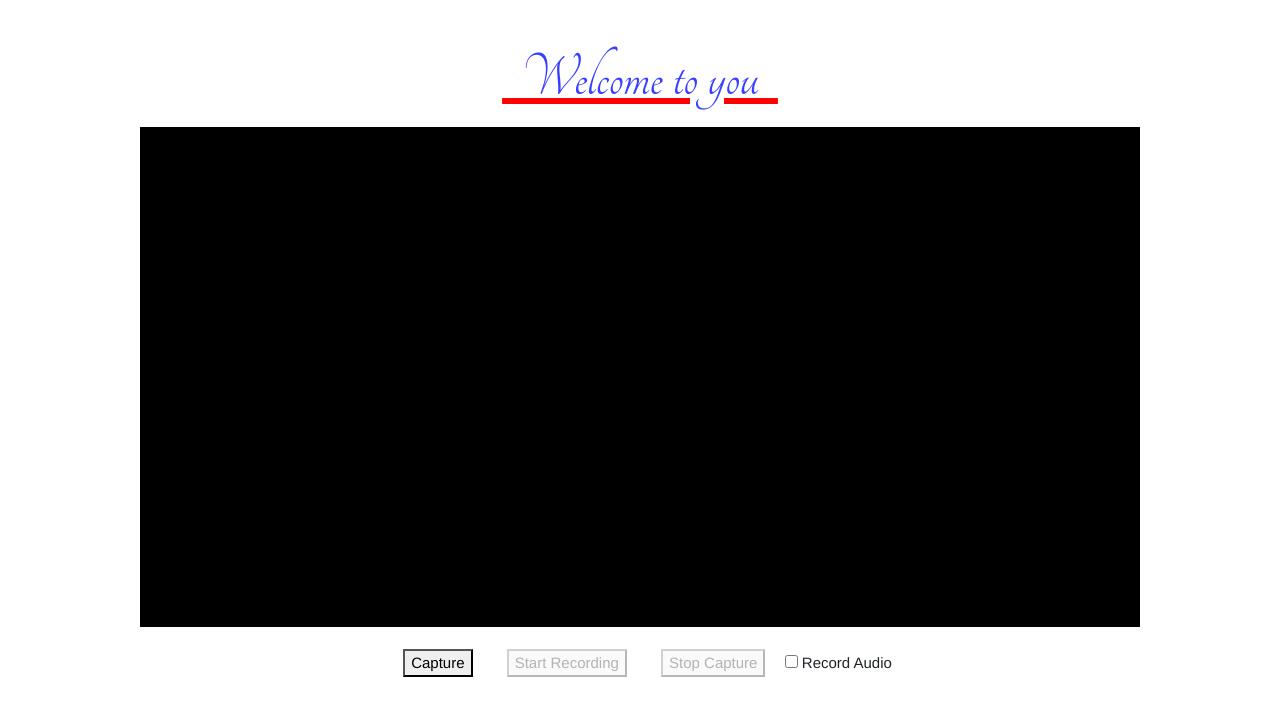
Repository: santiljanomalaj/recording_youtube
Page: index.html
These files come from the project's save history. The page is drawn as it stood at one moment and after the next save; the edit follows.
The browser window is 1280 px wide. The pictures show the whole page.

Above is the page before, as saved 2020-04-29 18:51:49.

### index.html
<!DOCTYPE html>
<html lang="en">
  <head>
    <title>video/audio capture</title>
    <meta charset="utf-8" />
    <meta http-equiv="X-UA-Compatible" content="IE=edge" />
    <meta name="viewport" content="width=device-width, initial-scale=1" />

    <link rel="stylesheet" href="./css/bootstrap.min.css" />
    <link rel="stylesheet" href="./css/w3.css" />
    <link
      rel="stylesheet"
      href="https://fonts.googleapis.com/css?family=Tangerine"
    />
    <link rel="stylesheet" href="./css/style.css" />

    <!-- <script>
      if (location.protocol !== "https:") location.protocol = "https:";
    </script> -->
    <!-- import the webpage's stylesheet -->
  </head>
  <body>
    <center>
      <div class="w3-container w3-tangerine">
        <u class="w3-xxlarge" style="color: red;"
          ><h1 class="w3-jumbo">&nbsp Welcome to you &nbsp</h1></u
        >
      </div>
      <p id="warning">
        Enable chrome://flags/#enable-experimental-web-platform-features
      </p>
      <video
        style="background-color: black; width: 1000px; height: 500px;"
        id="videoElement"
        autoplay
      ></video>
      <br />
      <button id="captureBtn">Capture</button>
      <button id="startBtn" disabled>Start Recording</button>
      <button id="stopBtn" disabled>Stop Capture</button>
      <input type="checkbox" id="audioToggle" />
      <label for="audioToggle">Record Audio</label>
      <a class="btn btn-primary" id="download" href="#" style="display: none;"
        >Download</a
      >
      <a
        type="button"
        class="btn btn-primary"
        id="trim"
        href="https://video-cut.glitch.me/"
        style="display: none;"
        target="trim"
        >Trim Video</a
      >
      <a
        type="button"
        class="btn btn-primary"
        id="convert"
        href="https://convert-to-mp4.glitch.me/"
        style="display: none;"
        target="convert"
        >Convert to MP4</a
      >
    </center>

    <script src="./js/comlink.js"></script>
    <script src="./js/jquery.min.js"></script>
    <script src="./js/popper.min.js"></script>
    <script src="https://maxcdn.bootstrapcdn.com/bootstrap/4.4.1/js/bootstrap.min.js"></script>

    <script>
      if ("getDisplayMedia" in navigator.mediaDevices)
        warning.style.display = "none";

      let blobs;
      let blob;
      let rec;
      let stream;

      captureBtn.onclick = async () => {
        trim.style.display = "none";
        convert.style.display = "none";
        download.style.display = "none";
        let audio = audioToggle.checked || false;

        stream = await navigator.mediaDevices.getDisplayMedia({
          video: true,
          audio: audio,
        });
        stream
          .getVideoTracks()
          .forEach((track) => (track.contentHint = "text"));
        videoElement.srcObject = stream;
        let opts = { mimeType: "video/webm; codecs=h264" };
        blobs = [];
        rec = new MediaRecorder(stream, opts);
        rec.ondataavailable = (e) => blobs.push(e.data);
        rec.onstop = () => {
          blob = new Blob(blobs, { type: "video/mp4" });
          let url = window.URL.createObjectURL(blob);
          download.href = url;
          download.download = "test.mp4";
          download.style.display = "block";
          trim.style.display = "block";
          convert.style.display = "block";
        };
        startBtn.disabled = false;
        captureBtn.disabled = true;
        audioToggle.disabled = true;
      };

      startBtn.onclick = () => {
        startBtn.disabled = true;
        stopBtn.disabled = false;
        rec.start();
      };

      stopBtn.onclick = () => {
        captureBtn.disabled = false;
        startBtn.disabled = true;
        stopBtn.disabled = true;
        audioToggle.disabled = false;
        rec.stop();
        stream.getTracks().forEach((s) => s.stop());
        videoElement.srcObject = null;
        stream = null;
      };

      trim.onclick = async (event) => {
        event.preventDefault();
        let cutWindow = window.open(event.target.href);
        let start = Comlink.proxy(cutWindow);
        setTimeout(async () => {
          let result = await start(
            new File([blob], "test.webm", { type: "video/webm" }),
            "00:00:00"
          );
        }, 1000);
      };

      convert.onclick = async (event) => {
        event.preventDefault();
        let convertWindow = window.open(event.target.href);
        let start = Comlink.proxy(convertWindow);
        setTimeout(async () => {
          let result = await start(
            new File([blob], "test.webm", { type: "video/webm" })
          );
        }, 1000);
      };
    </script>
  </body>
</html>

### css/style.css
/* CSS files add styling rules to your content */

body {
  font-family: "Benton Sans", "Helvetica Neue", helvetica, arial, sans-serif;
  margin: 2em;
}

h1 {
  font-family: "Tangerine", serif;
  color: #373fff;
}

u {
  font-family: "Tangerine", serif;
}

video {
  width: 1000px;
  height: 1000px;
}

button {
  margin: 1em;
  padding: 1;
}

.w3-tangerine {
  font-family: "Tangerine", serif;
}

### js/comlink.js
/**
 * Copyright 2017 Google Inc. All Rights Reserved.
 * Licensed under the Apache License, Version 2.0 (the "License");
 * you may not use this file except in compliance with the License.
 * You may obtain a copy of the License at
 *     http://www.apache.org/licenses/LICENSE-2.0
 * Unless required by applicable law or agreed to in writing, software
 * distributed under the License is distributed on an "AS IS" BASIS,
 * WITHOUT WARRANTIES OR CONDITIONS OF ANY KIND, either express or implied.
 * See the License for the specific language governing permissions and
 * limitations under the License.
 */
(function (factory) {
  if (typeof module === "object" && typeof module.exports === "object") {
    var v = factory(require, exports);
    if (v !== undefined) module.exports = v;
  } else if (typeof define === "function" && define.amd) {
    define(["require", "exports"], factory);
  } else {
    factory([], (self.Comlink = {}));
  }
})(function (require, exports) {
  "use strict";
  Object.defineProperty(exports, "__esModule", { value: true });
  const TRANSFERABLE_TYPES = [ArrayBuffer, MessagePort];
  const uid = Math.floor(Math.random() * Number.MAX_SAFE_INTEGER);
  const proxyValueSymbol = Symbol("proxyValue");
  const throwSymbol = Symbol("throw");
  const proxyTransferHandler = {
    canHandle: (obj) => obj && obj[proxyValueSymbol],
    serialize: (obj) => {
      const { port1, port2 } = new MessageChannel();
      expose(obj, port1);
      return port2;
    },
    deserialize: (obj) => {
      return proxy(obj);
    },
  };
  const throwTransferHandler = {
    canHandle: (obj) => obj && obj[throwSymbol],
    serialize: (obj) => obj.toString() + "\n" + obj.stack,
    deserialize: (obj) => {
      throw Error(obj);
    },
  };
  exports.transferHandlers = new Map([
    ["PROXY", proxyTransferHandler],
    ["THROW", throwTransferHandler],
  ]);
  let pingPongMessageCounter = 0;
  function proxy(endpoint, target) {
    if (isWindow(endpoint)) endpoint = windowEndpoint(endpoint);
    if (!isEndpoint(endpoint))
      throw Error(
        "endpoint does not have all of addEventListener, removeEventListener and postMessage defined"
      );
    activateEndpoint(endpoint);
    return cbProxy(
      async (irequest) => {
        let args = [];
        if (irequest.type === "APPLY" || irequest.type === "CONSTRUCT")
          args = irequest.argumentsList.map(wrapValue);
        const response = await pingPongMessage(
          endpoint,
          Object.assign({}, irequest, { argumentsList: args }),
          transferableProperties(args)
        );
        const result = response.data;
        return unwrapValue(result.value);
      },
      [],
      target
    );
  }
  exports.proxy = proxy;
  function proxyValue(obj) {
    obj[proxyValueSymbol] = true;
    return obj;
  }
  exports.proxyValue = proxyValue;
  function expose(rootObj, endpoint) {
    if (isWindow(endpoint)) endpoint = windowEndpoint(endpoint);
    if (!isEndpoint(endpoint))
      throw Error(
        "endpoint does not have all of addEventListener, removeEventListener and postMessage defined"
      );
    activateEndpoint(endpoint);
    attachMessageHandler(endpoint, async function (event) {
      if (!event.data.id || !event.data.callPath) return;
      const irequest = event.data;
      let that = await irequest.callPath
        .slice(0, -1)
        .reduce((obj, propName) => obj[propName], rootObj);
      let obj = await irequest.callPath.reduce(
        (obj, propName) => obj[propName],
        rootObj
      );
      let iresult = obj;
      let args = [];
      if (irequest.type === "APPLY" || irequest.type === "CONSTRUCT")
        args = irequest.argumentsList.map(unwrapValue);
      if (irequest.type === "APPLY") {
        try {
          iresult = await obj.apply(that, args);
        } catch (e) {
          iresult = e;
          iresult[throwSymbol] = true;
        }
      }
      if (irequest.type === "CONSTRUCT") {
        try {
          iresult = new obj(...args); // eslint-disable-line new-cap
          iresult = proxyValue(iresult);
        } catch (e) {
          iresult = e;
          iresult[throwSymbol] = true;
        }
      }
      if (irequest.type === "SET") {
        obj[irequest.property] = irequest.value;
        // FIXME: ES6 Proxy Handler `set` methods are supposed to return a
        // boolean. To show good will, we return true asynchronously ¯\_(ツ)_/¯
        iresult = true;
      }
      iresult = makeInvocationResult(iresult);
      iresult.id = irequest.id;
      return endpoint.postMessage(iresult, transferableProperties([iresult]));
    });
  }
  exports.expose = expose;
  function wrapValue(arg) {
    // Is arg itself handled by a TransferHandler?
    for (const [key, transferHandler] of exports.transferHandlers) {
      if (transferHandler.canHandle(arg)) {
        return {
          type: key,
          value: transferHandler.serialize(arg),
        };
      }
    }
    // If not, traverse the entire object and find handled values.
    let wrappedChildren = [];
    for (const item of iterateAllProperties(arg)) {
      for (const [key, transferHandler] of exports.transferHandlers) {
        if (transferHandler.canHandle(item.value)) {
          wrappedChildren.push({
            path: item.path,
            wrappedValue: {
              type: key,
              value: transferHandler.serialize(item.value),
            },
          });
        }
      }
    }
    for (const wrappedChild of wrappedChildren) {
      const container = wrappedChild.path
        .slice(0, -1)
        .reduce((obj, key) => obj[key], arg);
      container[wrappedChild.path[wrappedChild.path.length - 1]] = null;
    }
    return {
      type: "RAW",
      value: arg,
      wrappedChildren,
    };
  }
  function unwrapValue(arg) {
    if (exports.transferHandlers.has(arg.type)) {
      const transferHandler = exports.transferHandlers.get(arg.type);
      return transferHandler.deserialize(arg.value);
    } else if (isRawWrappedValue(arg)) {
      for (const wrappedChildValue of arg.wrappedChildren || []) {
        if (!exports.transferHandlers.has(wrappedChildValue.wrappedValue.type))
          throw Error(
            `Unknown value type "${arg.type}" at ${wrappedChildValue.path.join(
              "."
            )}`
          );
        const transferHandler = exports.transferHandlers.get(
          wrappedChildValue.wrappedValue.type
        );
        const newValue = transferHandler.deserialize(
          wrappedChildValue.wrappedValue.value
        );
        replaceValueInObjectAtPath(arg.value, wrappedChildValue.path, newValue);
      }
      return arg.value;
    } else {
      throw Error(`Unknown value type "${arg.type}"`);
    }
  }
  function replaceValueInObjectAtPath(obj, path, newVal) {
    const lastKey = path.slice(-1)[0];
    const lastObj = path.slice(0, -1).reduce((obj, key) => obj[key], obj);
    lastObj[lastKey] = newVal;
  }
  function isRawWrappedValue(arg) {
    return arg.type === "RAW";
  }
  function windowEndpoint(w) {
    if (self.constructor.name !== "Window") throw Error("self is not a window");
    return {
      addEventListener: self.addEventListener.bind(self),
      removeEventListener: self.removeEventListener.bind(self),
      postMessage: (msg, transfer) => w.postMessage(msg, "*", transfer),
    };
  }
  function isEndpoint(endpoint) {
    return (
      "addEventListener" in endpoint &&
      "removeEventListener" in endpoint &&
      "postMessage" in endpoint
    );
  }
  function activateEndpoint(endpoint) {
    if (isMessagePort(endpoint)) endpoint.start();
  }
  function attachMessageHandler(endpoint, f) {
    // Checking all possible types of `endpoint` manually satisfies TypeScript’s
    // type checker. Not sure why the inference is failing here. Since it’s
    // unnecessary code I’m going to resort to `any` for now.
    // if(isWorker(endpoint))
    //   endpoint.addEventListener('message', f);
    // if(isMessagePort(endpoint))
    //   endpoint.addEventListener('message', f);
    // if(isOtherWindow(endpoint))
    //   endpoint.addEventListener('message', f);
    endpoint.addEventListener("message", f);
  }
  function detachMessageHandler(endpoint, f) {
    // Same as above.
    endpoint.removeEventListener("message", f);
  }
  function isMessagePort(endpoint) {
    return endpoint.constructor.name === "MessagePort";
  }
  function isWindow(endpoint) {
    // TODO: This doesn’t work on cross-origin iframes.
    // return endpoint.constructor.name === 'Window';
    return ["window", "length", "location", "parent", "opener"].every(
      (prop) => prop in endpoint
    );
  }
  /**
   * `pingPongMessage` sends a `postMessage` and waits for a reply. Replies are
   * identified by a unique id that is attached to the payload.
   */
  function pingPongMessage(endpoint, msg, transferables) {
    const id = `${uid}-${pingPongMessageCounter++}`;
    return new Promise((resolve) => {
      attachMessageHandler(endpoint, function handler(event) {
        if (event.data.id !== id) return;
        detachMessageHandler(endpoint, handler);
        resolve(event);
      });
      // Copy msg and add `id` property
      msg = Object.assign({}, msg, { id });
      endpoint.postMessage(msg, transferables);
    });
  }
  function cbProxy(cb, callPath = [], target = function () {}) {
    return new Proxy(target, {
      construct(_target, argumentsList, proxy) {
        return cb({
          type: "CONSTRUCT",
          callPath,
          argumentsList,
        });
      },
      apply(_target, _thisArg, argumentsList) {
        // We use `bind` as an indicator to have a remote function bound locally.
        // The actual target for `bind()` is currently ignored.
        if (callPath[callPath.length - 1] === "bind")
          return cbProxy(cb, callPath.slice(0, -1));
        return cb({
          type: "APPLY",
          callPath,
          argumentsList,
        });
      },
      get(_target, property, proxy) {
        if (property === "then" && callPath.length === 0) {
          return { then: () => proxy };
        } else if (property === "then") {
          const r = cb({
            type: "GET",
            callPath,
          });
          return Promise.resolve(r).then.bind(r);
        } else {
          return cbProxy(cb, callPath.concat(property), _target[property]);
        }
      },
      set(_target, property, value, _proxy) {
        return cb({
          type: "SET",
          callPath,
          property,
          value,
        });
      },
    });
  }
  function isTransferable(thing) {
    return TRANSFERABLE_TYPES.some((type) => thing instanceof type);
  }
  function* iterateAllProperties(value, path = [], visited = null) {
    if (!value) return;
    if (!visited) visited = new WeakSet();
    if (visited.has(value)) return;
    if (typeof value === "string") return;
    if (typeof value === "object") visited.add(value);
    if (ArrayBuffer.isView(value)) return;
    yield { value, path };
    const keys = Object.keys(value);
    for (const key of keys)
      yield* iterateAllProperties(value[key], [...path, key], visited);
  }
  function transferableProperties(obj) {
    const r = [];
    for (const prop of iterateAllProperties(obj)) {
      if (isTransferable(prop.value)) r.push(prop.value);
    }
    return r;
  }
  function makeInvocationResult(obj) {
    for (const [type, transferHandler] of exports.transferHandlers) {
      if (transferHandler.canHandle(obj)) {
        const value = transferHandler.serialize(obj);
        return {
          value: { type, value },
        };
      }
    }
    return {
      value: {
        type: "RAW",
        value: obj,
      },
    };
  }
});

Loaded but not shown: css/bootstrap.min.css (library); css/w3.css (library); js/jquery.min.js (library); js/popper.min.js (library)

After the next save:
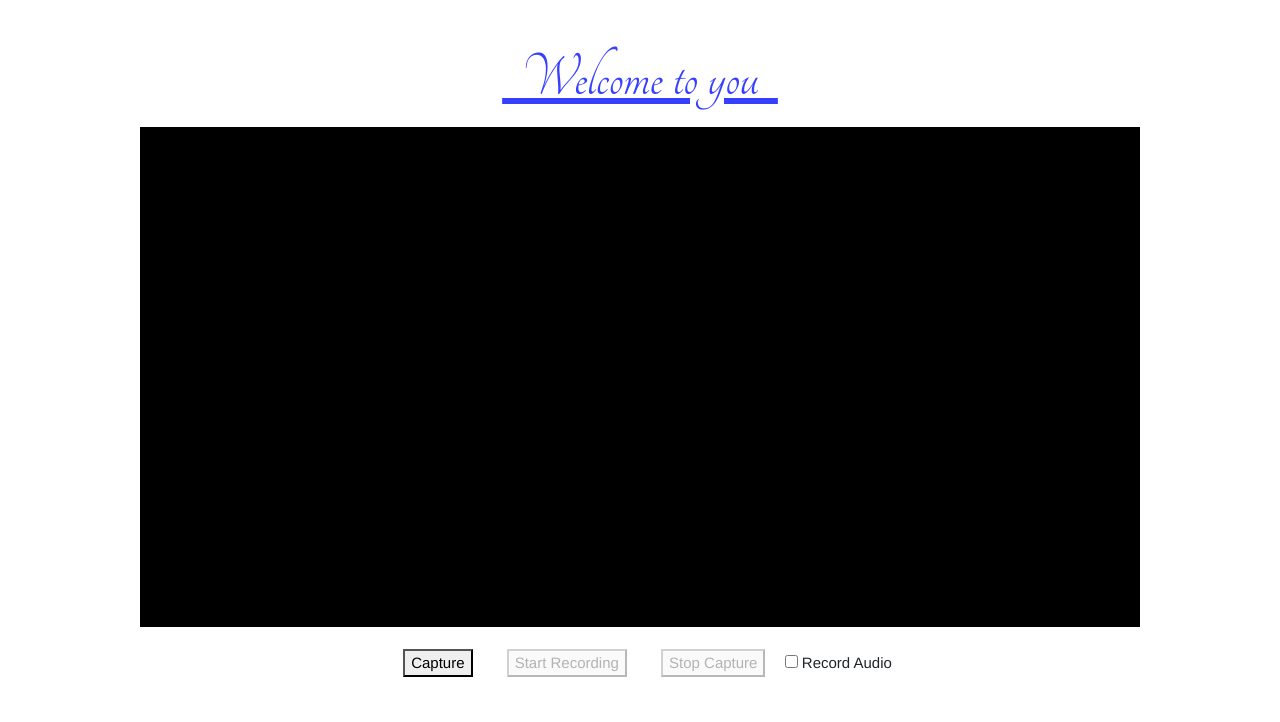
Saved 50 s later.
--- a/index.html
+++ b/index.html
@@ -22,9 +22,9 @@
   <body>
     <center>
       <div class="w3-container w3-tangerine">
-        <u class="w3-xxlarge" style="color: red;"
-          ><h1 class="w3-jumbo">&nbsp Welcome to you &nbsp</h1></u
-        >
+        <!-- <u style="color: red;"> -->
+        <h1 class="w3-jumbo"><u>&nbsp Welcome to you &nbsp</u></h1>
+        <!-- </u> -->
       </div>
       <p id="warning">
         Enable chrome://flags/#enable-experimental-web-platform-features
